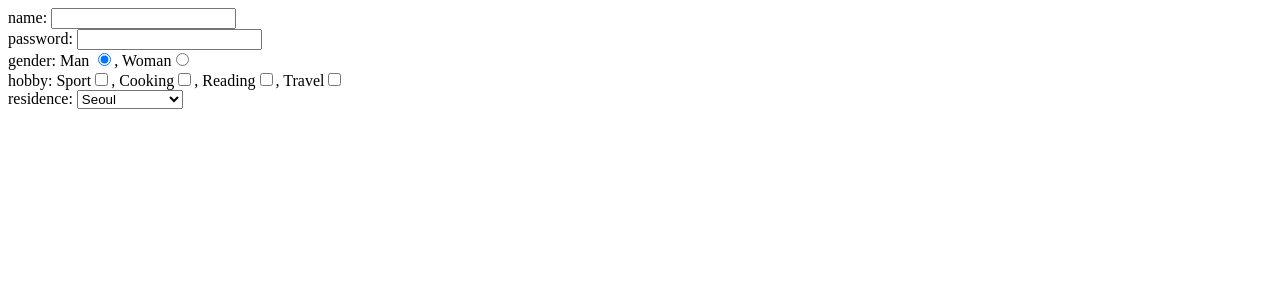
Repository: Devhyeongseon/Academy_Jsp
Page: MyBasic/src/main/webapp/formEx.html
The author's editor kept a copy of each file at every save. The page is drawn from the files as they stood at one save, then again after the next save.
The browser window is 1280 px wide. The pictures show the whole page.

Above is the page before, as saved 2024-01-11 05:14:18.

After the next save:
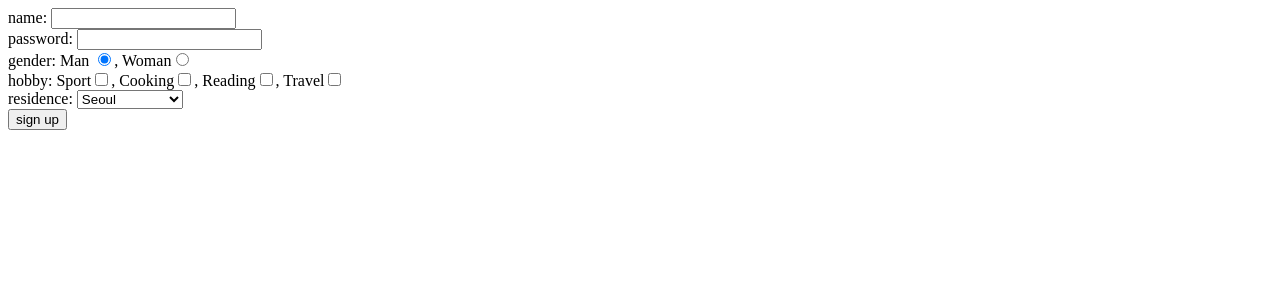
Saved 27 s later.
--- a/MyBasic/src/main/webapp/formEx.html
+++ b/MyBasic/src/main/webapp/formEx.html
@@ -23,7 +23,7 @@
 						<option value="gyeongsang">Gyeongsang</option>
 						<option value="gangwon">Gangwon</option>
 					</select></br>
-					<intput type="submit" value="sign up">
+					<input type="submit" value="sign up">
 	</form>
 
 </body>
